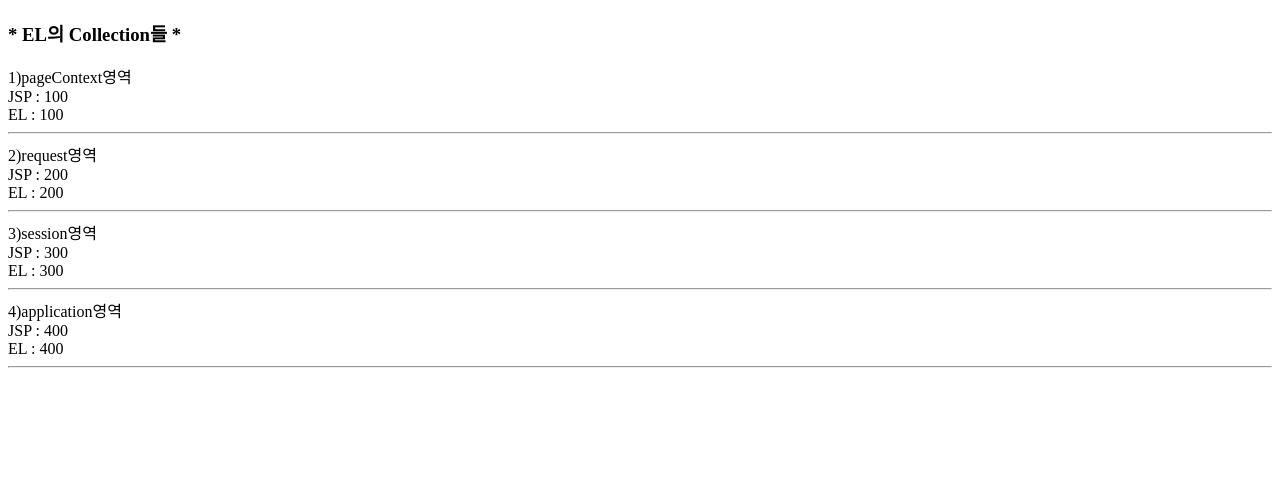
Repository: wlsgml0156/basicJava
Page: http://localhost/mvcTest/el/elTest2.jsp
The author's editor kept a copy of each file at every save. The page is drawn from the files as they stood at one save, then again after the next save.
The browser window is 1280 px wide. The pictures show the whole page.
The page is served by Tomcat 9.

Above is the page before, as saved 2020-01-30 01:52:08.

After the next save:
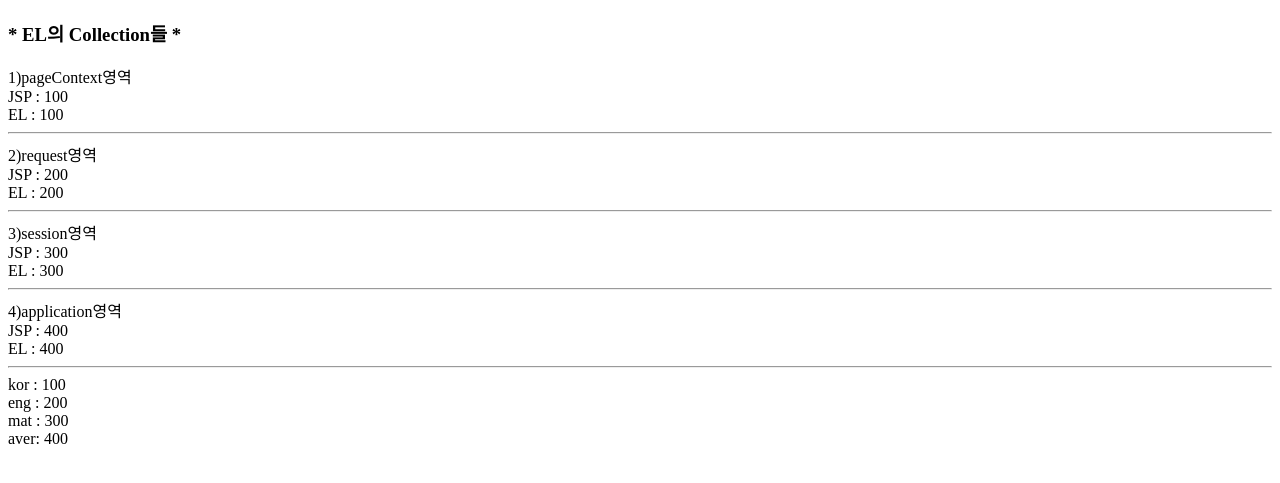
Saved 2 min 37 s later.
--- a/mvcTest/WebContent/el/elTest2.jsp
+++ b/mvcTest/WebContent/el/elTest2.jsp
@@ -33,8 +33,12 @@ EL  : ${sessionScope.mat}<br>
 4)application영역<br>
 JSP : <%=application.getAttribute("aver")%><br>
 EL  : ${applicationScope.aver}<br>
+<hr>
 
-<hr>
+kor : ${kor}<br>
+eng : ${eng}<br>
+mat : ${mat}<br>
+aver: ${aver}<br>
 
 
 
